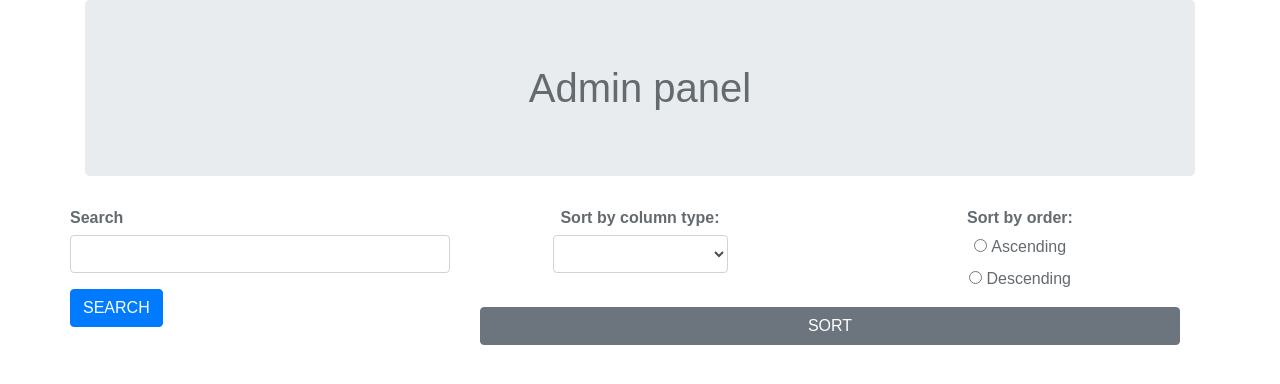
Repository: WOLVGVNG/gameclan
Page: resources/views/admin_panel.blade.php
The author's editor kept a copy of each file at every save. The page is drawn from the files as they stood at one save, then again after a run of saves.
The browser window is 1280 px wide. The pictures show the whole page.
The page is served by the project's Laravel application, run on PHP 8.4 with Laravel 8. Other server files are loaded and not shown. The template is opened directly, without the code that normally fills it, so the values that code supplies are empty.

Above is the page before, as saved 2019-03-20 17:34:52.

### routes/web.php
<?php

/*
|--------------------------------------------------------------------------
| Web Routes
|--------------------------------------------------------------------------
|
| Here is where you can register web routes for your application. These
| routes are loaded by the RouteServiceProvider within a group which
| contains the "web" middleware group. Now create something great!
|
*/

Route::get('/', 'AdminPanelController@index');

### resources/views/admin_panel.blade.php
@extends('layout.app')
@section('content')
<div class='container text-center'>
    <h1 class='jumbotron'>Admin panel</h1>
    <form action='/' method='GET'>
        <div class='row'>
            <div class='col-md-4'>
                <div class='row'>
                    <h6 class='font-weight-bold'>Search</h6>
                    <input type='text' class='form-control' name='search' value='{{ session('search') }}'>
                </div>
                <div class='row'>
                    <button type='submit' class='btn btn-primary mt-3'>SEARCH</button>
                </div>
            </div>
            <div class='col-md-8'>
                <div class='row'>
                    <div class='col-sm-6'>
                        <h6 class='font-weight-bold'>Sort by column type:</h6>
                        <select class='form-control w-50 mx-auto' name='sort_type' value='{{ session('sort_type') }}'>
                            <option>{{ session('sort_type') }}</option>
                            <option>id</option>
                            <option>user_name</option>
                            <option>email</option>
                            <option>active</option>
                            <option>banned</option>
                            <option>notifiable_email</option>
                            <option>email_verified_at</option>
                            <option>points</option>
                            <option>steam_id</option>
                            <option>facebook_id</option>
                            <option>google_id</option>
                            <option>geo</option>
                            <option>lang</option>
                            <option>ref</option>
                            <option>ref_status</option>
                            <option>ref_code</option>
                            <option>deleted_at</option>
                            <option>created_at</option>
                            <option>updated_at</option>
                        </select>
                    </div>
                    <div class='col-sm-6'>
                        <h6 class='font-weight-bold'>Sort by order:</h6>
                        <input type='radio' name='sort_order' value='asc' id='asc'
                                @if(session('sort_order') == 'asc') echo checked @endif>
                        <label for='asc'>Ascending</label>
                        <br>
                        <input type='radio' name='sort_order' value='desc' id='desc'
                                @if(session('sort_order') == 'desc') echo checked @endif>
                        <label for='desc'>Descending</label>
                    </div>
                </div>
                <div class='col mt-2 mb-5'>
                    <button type='submit' class='btn btn-block btn-secondary'>SORT</button>
                </div>
            </form>

            @foreach($users as $user)
                <div class='row mb-5'>
                    <div class='user-part-div col'>
                        <p class='font-weight-bold'>id</p>
                        <p>{{$user->id}}</p>
                    </div>
                    <div class='user-part-div col'>
                        <p class='font-weight-bold'>user_name</p>
                        <p>{{$user->user_name}}</p>
                    </div>
                    <div class='user-part-div col'>
                        <p class='font-weight-bold'>email</p>
                        <p>{{$user->email}}</p>
                    </div>
                    @if($user->active === 1)
                        <div class='user-part-div col d-flex align-items-center'>
                            <p class='font-weight-bold'>active</p>
                        </div>
                    @endif
                    @if($user->banned === 1)
                    <div class='user-part-div col d-flex align-items-center'>
                        <p class='font-weight-bold'>banned</p>
                    </div>
                    @endif
                    @if(isset($user->email_verified_at))
                        <div class='user-part-div col'>
                            <p class='font-weight-bold'>email_verified_at</p>
                            <p>{{$user->email_verified_at}}</p>
                        </div>
                    @endif
                    @if(isset($user->email_verified_at))
                        <div class='user-part-div col'>
                            <p class='font-weight-bold'>remember_token</p>
                            <p>{{$user->remember_token}}</p>
                        </div>
                    @endif
                    <div class='user-part-div col'>
                        <p class='font-weight-bold'>avatar</p>
                        <p>{{$user->avatar}}</p>
                    </div>
                    <div class='user-part-div col'>
                        <p class='font-weight-bold'>points</p>
                        <p>{{$user->points}}</p>
                    </div>
                    @if(isset($user->steam_id))
                        <div class='user-part-div col'>
                            <p class='font-weight-bold'>steam_id</p>
                            <p>{{$user->steam_id}}</p>
                        </div>
                    @endif
                    @if(isset($user->facebook_id))
                        <div class='user-part-div col'>
                            <p class='font-weight-bold'>facebook_id</p>
                            <p>{{$user->facebook_id}}</p>
                        </div>
                    @endif
                    @if(isset($user->google_id))
                        <div class='user-part-div col'>
                            <p class='font-weight-bold'>google_id</p>
                            <p>{{$user->google_id}}</p>
                        </div>
                    @endif
                    <div class='user-part-div col'>
                        <p class='font-weight-bold'>geo</p>
                        <p>{{$user->geo}}</p>
                    </div>
                    <div class='user-part-div col'>
                        <p class='font-weight-bold'>lang</p>
                        <p>{{$user->lang}}</p>
                    </div>
                    @if(isset($user->ref))
                        <div class='user-part-div col'>
                            <p class='font-weight-bold'>ref</p>
                            <p>{{$user->ref}}</p>
                        </div>
                    @endif
                    @if(isset($user->ref_status))
                        <div class='user-part-div col'>
                            <p class='font-weight-bold'>ref_status</p>
                            <p>{{$user->ref_status}}</p>
                        </div>
                    @endif
                    <div class='user-part-div col'>
                        <p class='font-weight-bold'>ref_code</p>
                        <p>{{$user->ref_code}}</p>
                    </div>
                    @if(isset($user->deleted_at))
                        <div class='user-part-div col'>
                            <p class='font-weight-bold'>deleted_at</p>
                            <p>{{$user->deleted_at}}</p>
                        </div>
                    @endif
                    <div class='user-part-div col'>
                        <p class='font-weight-bold'>created_at</p>
                        <p>{{$user->created_at}}</p>
                    </div>
                    @if(isset($user->updated_at))
                        <div class='user-part-div col'>
                            <p class='font-weight-bold'>updated_at</p>
                            <p>{{$user->updated_at}}</p>
                        </div>
                    @endif
                </div>
            @endforeach
        </div>
    </div>
    <div class='row'>
        <div class='mx-auto'>
            {{ $users->links() }}
        </div>
    </div>
</div>
@endsection

### resources/views/layout/app.blade.php
<!doctype html>
<html lang="{{ str_replace('_', '-', app()->getLocale()) }}">
    <head>
        <meta charset="utf-8">
        <meta name="viewport" content="width=device-width, initial-scale=1">

        <title>Laravel</title>

        <link rel="stylesheet" href="https://stackpath.bootstrapcdn.com/bootstrap/4.3.1/css/bootstrap.min.css" integrity="sha384-ggOyR0iXCbMQv3Xipma34MD+dH/1fQ784/j6cY/iJTQUOhcWr7x9JvoRxT2MZw1T" crossorigin="anonymous">

        <style>
            html, body {
                background-color: #fff;
                color: #636b6f;
                font-family: 'Nunito', sans-serif;
                font-weight: 200;
                height: 100vh;
                margin: 0;
            }

            .user-part-div {
                border: 3px solid gray;
            }
        </style>
    </head>
    <body>
        @yield('content')

    </body>
</html>

After the next 2 saves:
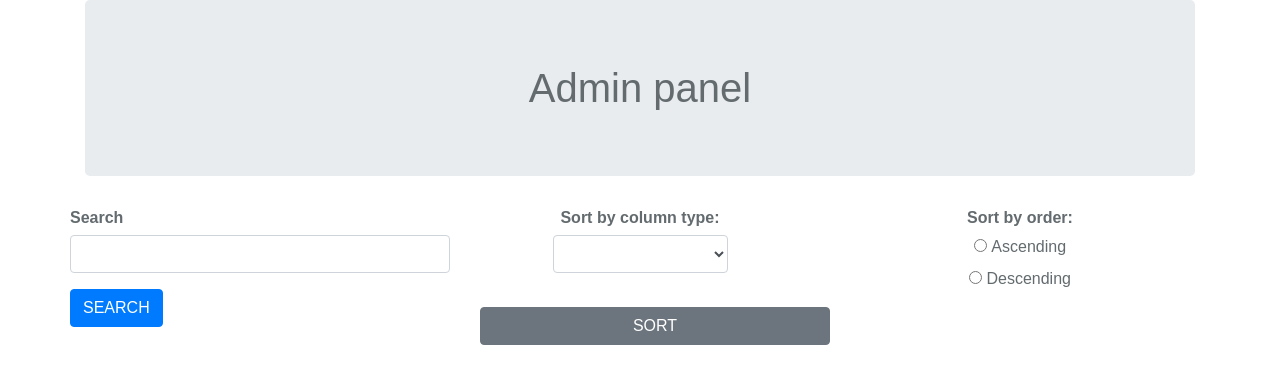
The 2 saves are shown as one change because they came seconds apart.
The last was saved 28 s later.
--- a/resources/views/admin_panel.blade.php
+++ b/resources/views/admin_panel.blade.php
@@ -52,7 +52,7 @@
                     </div>
                 </div>
                 <div class='col mt-2 mb-5'>
-                    <button type='submit' class='btn btn-block btn-secondary'>SORT</button>
+                    <button type='submit' class='btn w-50 btn-block btn-secondary'>SORT</button>
                 </div>
             </form>
 

After the save that followed:
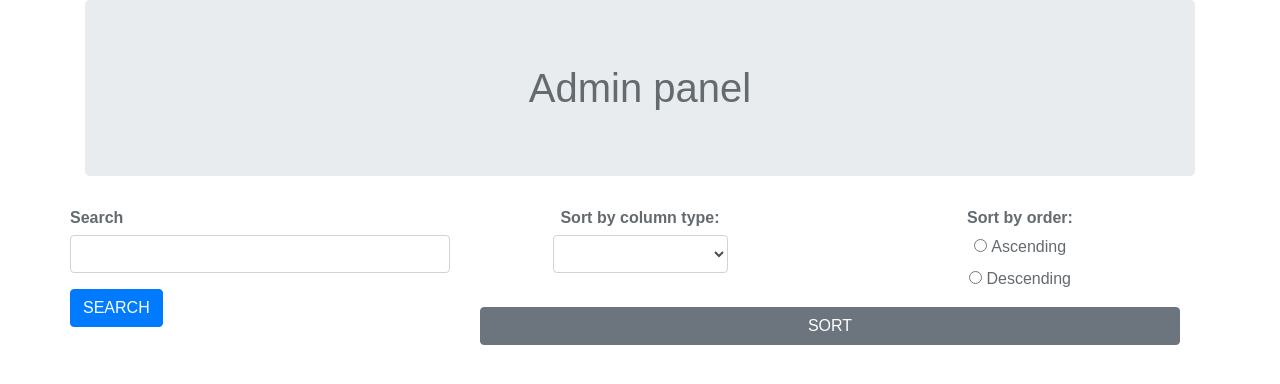
Saved 6 s later.
--- a/resources/views/admin_panel.blade.php
+++ b/resources/views/admin_panel.blade.php
@@ -52,7 +52,7 @@
                     </div>
                 </div>
                 <div class='col mt-2 mb-5'>
-                    <button type='submit' class='btn w-50 btn-block btn-secondary'>SORT</button>
+                    <button type='submit' class='btn btn-block btn-secondary'>SORT</button>
                 </div>
             </form>
 
